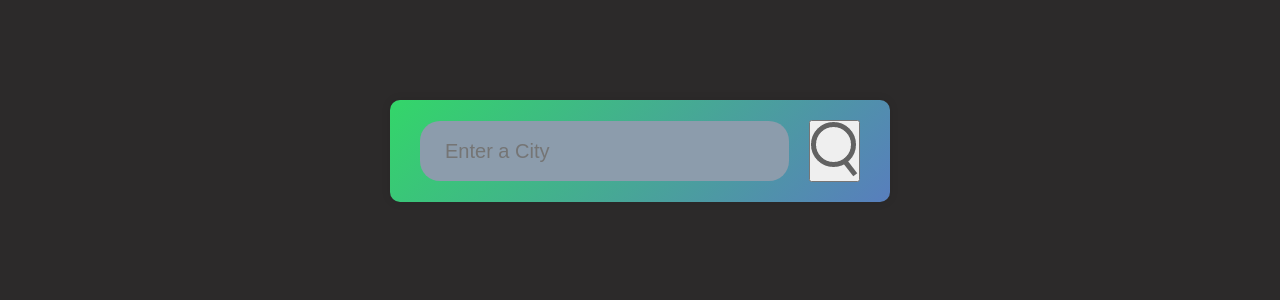
Repository: Haakim19/weatherApp
Page: index.html
An editor plug-in stored every save of this project. The page is shown before and after the next save, followed by the edit.
The browser window is 1280 px wide. The pictures show the whole page.

Above is the page before, as saved 2024-11-16 21:05:56.

### index.html
<!DOCTYPE html>
<html lang="en">
<head>
    <meta charset="UTF-8">
    <meta name="viewport" content="width=device-width, initial-scale=1.0">
    <title>Weather App</title>
    <link rel="stylesheet" href="style.css">
</head>
<body>
    <div class="card">
        <div class="search">
            <input type="text" placeholder="Enter a City" spellcheck="false">
            <button><img src="images/search.png"></button>
        </div>
    </div>
</body>
</html>

### style.css
*{
    margin: 0;
    padding: 0;
    box-sizing: border-box;
    font-family: 'Poppins', sans-serif;
}

body{
    background: #2c2a2a;
}
.card{
    width: 90%;
    max-width: 500px;
    color: #fff;
    background:linear-gradient(135deg, #33d669 0%, #587ebd 100%);
    margin: 100px auto 0 ;
    border-radius: 10px;
    padding: 20px 30px;
    text-align: center;
    box-shadow: 0 0 10px rgba(0,0,0,0.1);
}
.search{
    width: 100%;
    display: flex;
    justify-content: space-between;
    align-items: center;
}
.search input{
    border:0;
    outline:0;
    background: #8c9cac;
    padding: 10px 25px;
    border-radius: 20px;
    flex: 1;
    margin-right: 20px;
    font-size: 20px;
    height: 60px;
}

After the next save:
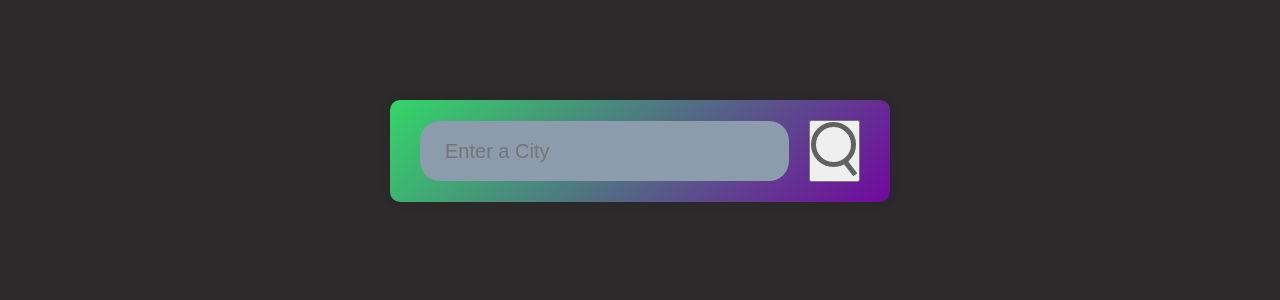
Saved 13 s later.
--- a/style.css
+++ b/style.css
@@ -12,7 +12,7 @@ body{
     width: 90%;
     max-width: 500px;
     color: #fff;
-    background:linear-gradient(135deg, #33d669 0%, #587ebd 100%);
+    background:linear-gradient(135deg, #33d669 0%, #71089e 100%);
     margin: 100px auto 0 ;
     border-radius: 10px;
     padding: 20px 30px;
